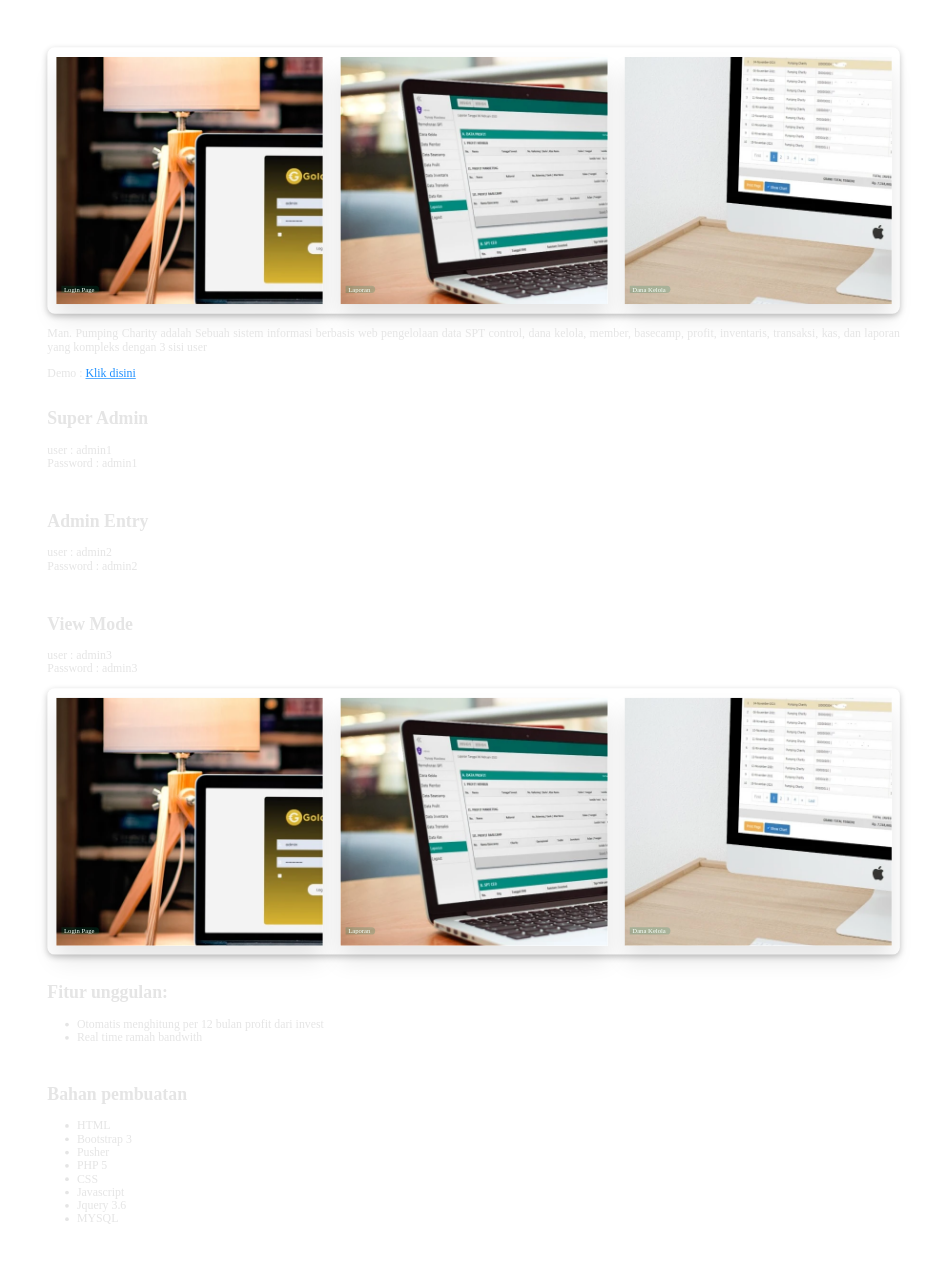
Repository: yusup-maulana/yusup-maulana.github.io
Page: portofolio-manpumping.html
The author's editor kept a copy of each file at every save. The page is drawn from the files as they stood at one save, then again after the next save.
The browser window is 1280 px wide. The pictures show the whole page, at 74% of full size.
Some web fonts or font styles are not loaded; a fallback is used.

Above is the page before, as saved 2023-02-06 13:10:47.

After the next save:
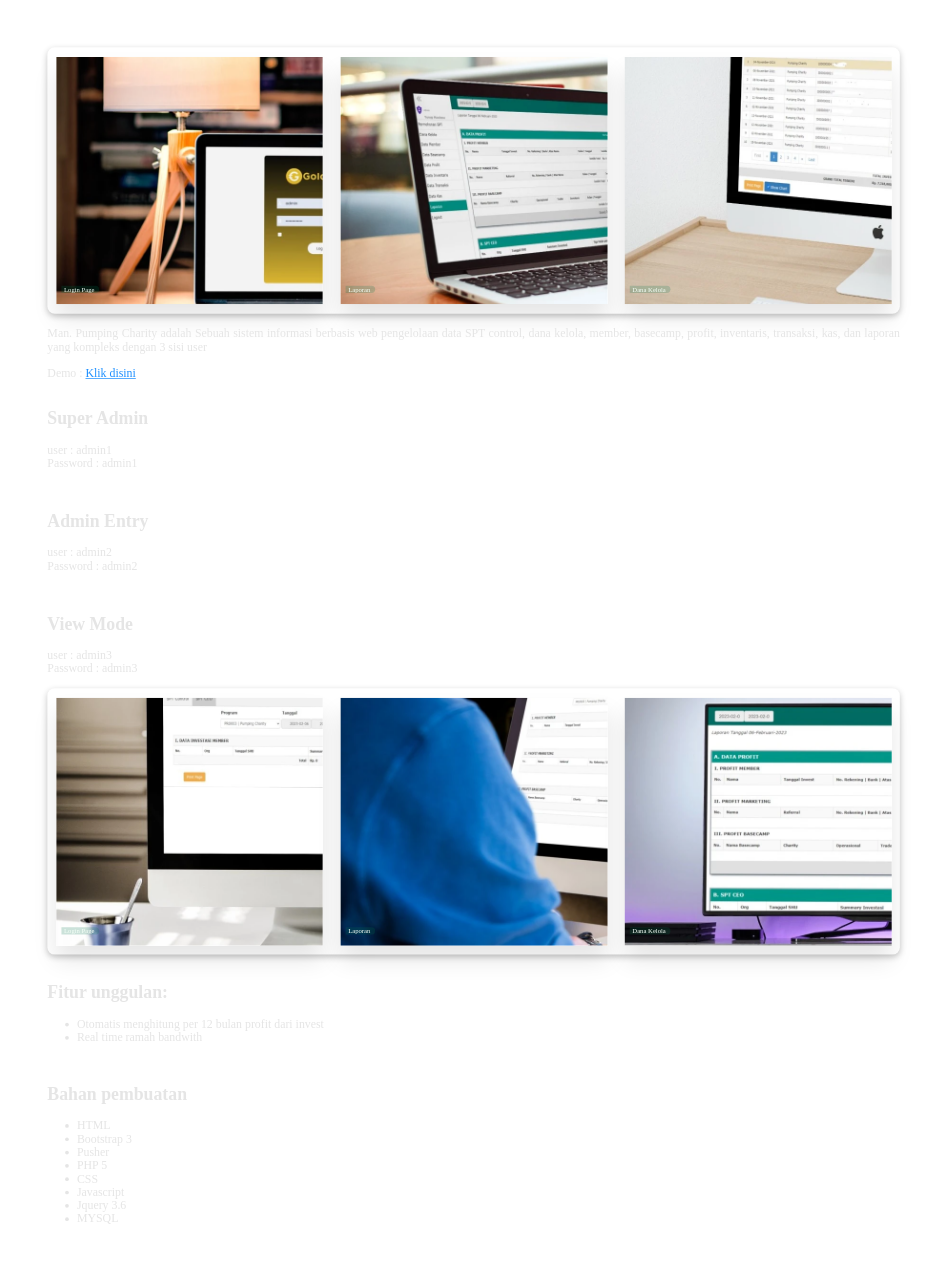
Saved 23 s later.
--- a/portofolio-manpumping.html
+++ b/portofolio-manpumping.html
@@ -134,15 +134,15 @@
     <br>
     <div class="container-wisata">
         <div class="boxwisata">
-            <img alt="Curug Cipalasari" src="IMG/pumpingcharity/man.pumpingc1.webp" />
+            <img alt="Curug Cipalasari" src="IMG/pumpingcharity/man.pumpingc4.webp" />
             <span>Login Page</span>
         </div>
         <div class="boxwisata">
-            <img alt="Curug Cipalasari" src="IMG/pumpingcharity/man.pumpingc2.webp" />
+            <img alt="Curug Cipalasari" src="IMG/pumpingcharity/man.pumpingc5.webp" />
             <span>Laporan</span>
         </div>
         <div class="boxwisata">
-            <img alt="Curug Cipalasari" src="IMG/pumpingcharity/man.pumpingc3.webp" />
+            <img alt="Curug Cipalasari" src="IMG/pumpingcharity/man.pumpingc6.webp" />
             <span>Dana Kelola</span>
         </div>
     </div>
